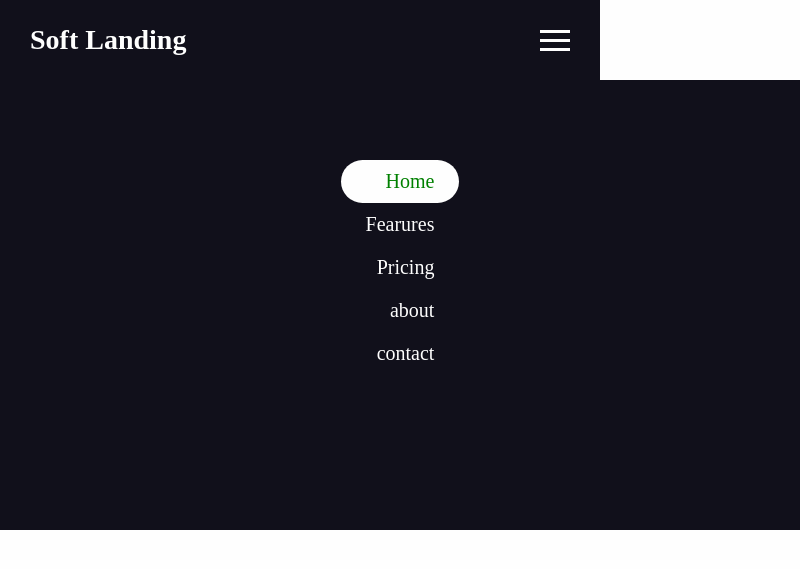
Repository: AMIT1439027/Gobbart-task
Page: index.html
An editor plug-in stored every save of this project. The page is shown before and after the next save, followed by the edit.
The browser window is 600 px wide. The page is 800 px wide, so the pictures cover 800 px, including what lies to the right of the window. The pictures show the whole page.

Above is the page before, as saved 2024-04-20 14:35:11.

After the next save:
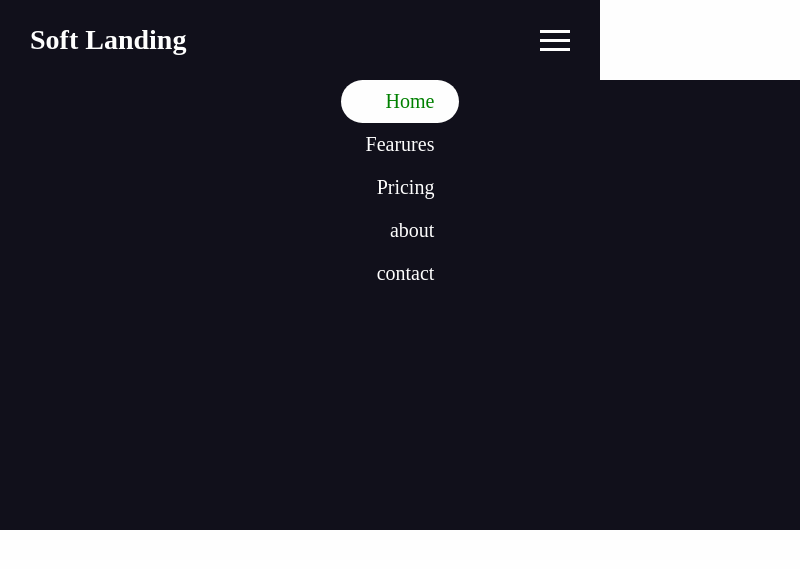
Saved 12 s later.
--- a/style.css
+++ b/style.css
@@ -98,7 +98,7 @@
    .nav-bar ul{
     display: block;
     width: fit-content;
-    margin: 80px auto 0 auto;
+    margin: 0px auto 0 auto;
     text-align: right;
    }
 }
